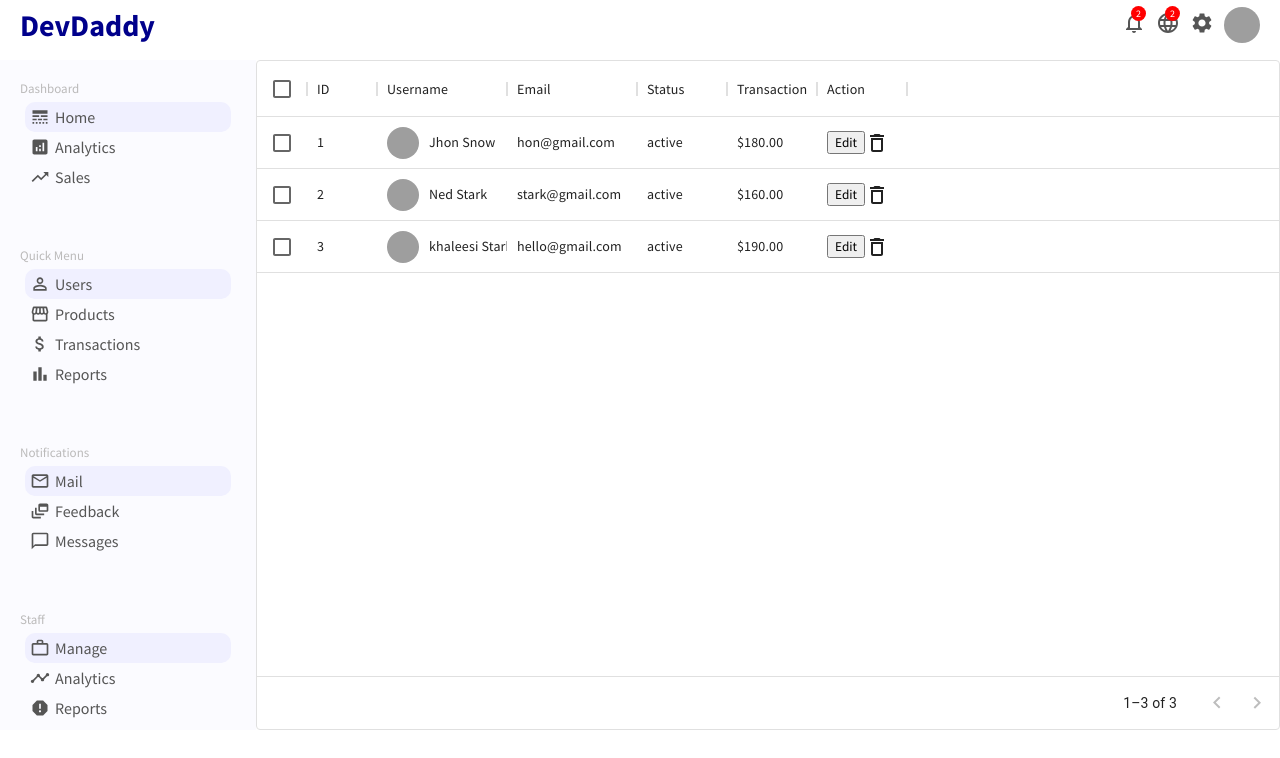
Repository: Marhamat92/react-admin-dashboard
Page: /users
The author's editor kept a copy of each file at every save. The page is drawn from the files as they stood at one save, then again after the next save.
The browser window is 1280 px wide. The pictures show the whole page.
Pictures or frames that could not be fetched are drawn as grey boxes. The project was rebuilt for these pictures with package versions that can differ from the ones it lists, and the page was loaded fresh each time. Also part of the build but not shown: src/pages/home/home.scss, src/components/featuredInfo/featuredInfo.scss, src/components/featuredInfo/FeaturedInfo.js, src/components/chart/chart.scss, src/components/chart/Chart.js, src/data/userData.js, src/components/widgetSm/widgetSm.scss, src/components/widgetSm/WidgetSm.js and 3 more.

Above is the page before, as saved 2023-02-10 22:04:01.

After the next save:
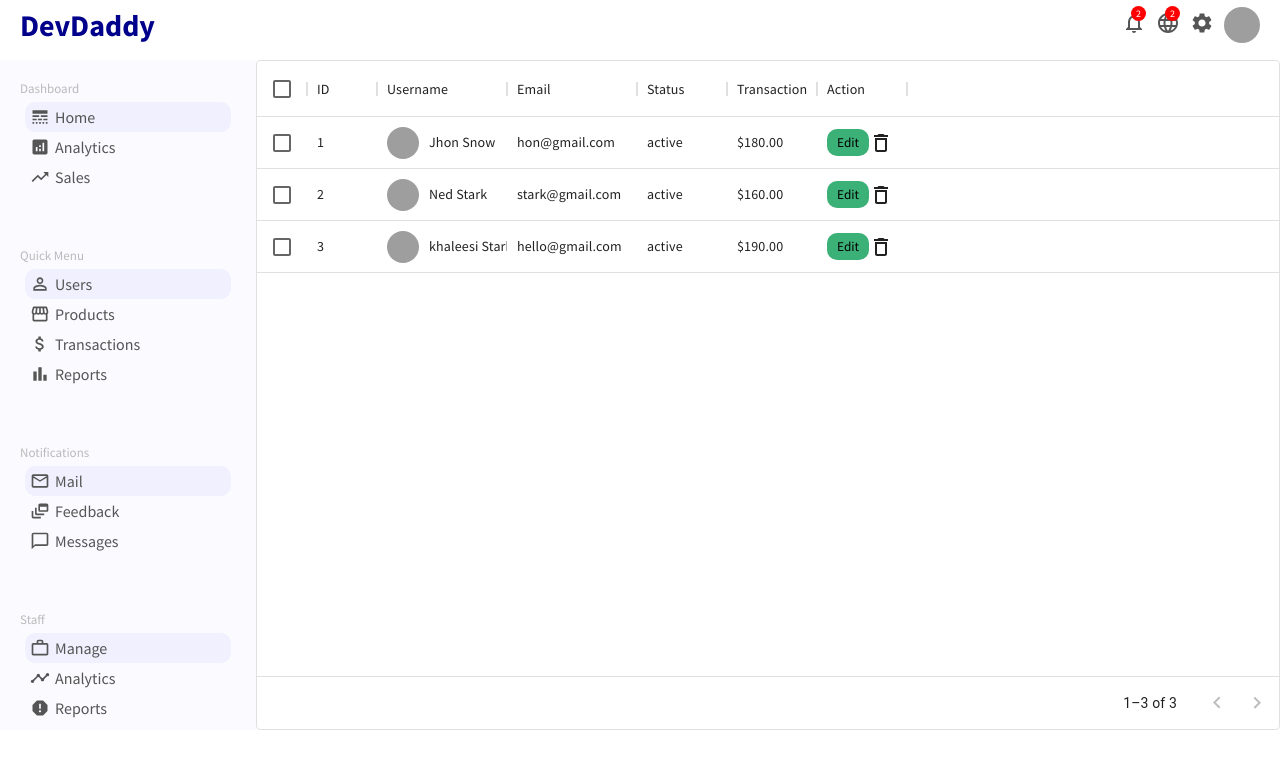
Saved 4 min 7 s later.
--- a/src/pages/userList/userList.scss
+++ b/src/pages/userList/userList.scss
@@ -16,3 +16,9 @@
   object-fit: cover;
 
 }
+
+.userListEdit{
+  border: none;
+  border-radius: 10px;
+  padding:5px 10px;
+  background-color: #3bb077;}
